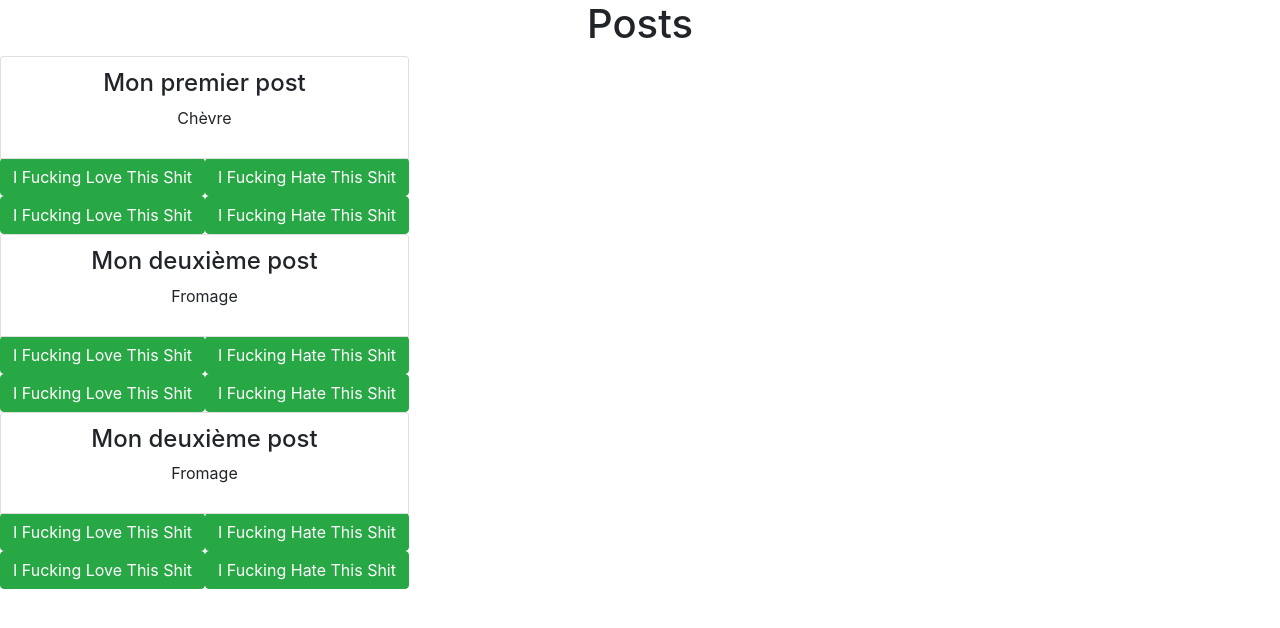
Repository: BillThePony/Ng-Blog-OC
Page: /
An editor plug-in stored every save of this project. The page is shown before and after a run of saves, followed by the edit.
The browser window is 1280 px wide. The pictures show the whole page.
The project was rebuilt for these pictures with package versions that can differ from the ones it lists, and the page was loaded fresh each time. Also part of the build but not shown: angular.json.

Above is the page before, as saved 2018-10-09 18:11:11.

After the next 2 saves:
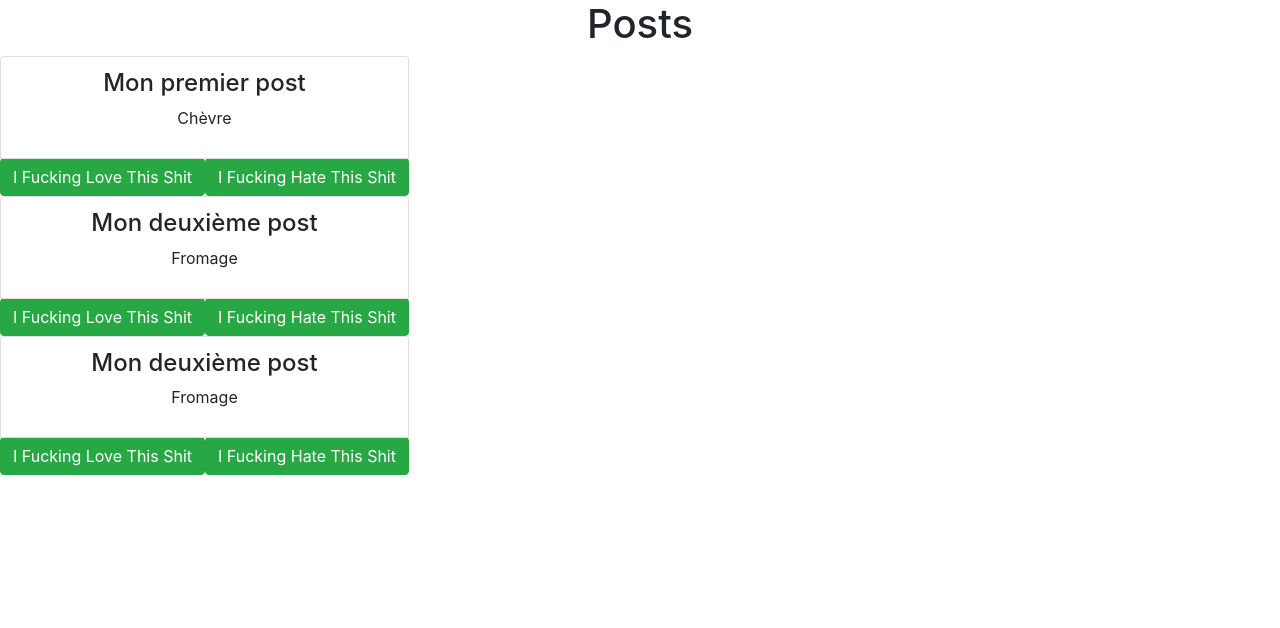
The 2 saves are shown as one change because they came seconds apart.
The last was saved 8 s later.
--- a/src/app/post-list-item/post-list-item.component.html
+++ b/src/app/post-list-item/post-list-item.component.html
@@ -17,8 +17,3 @@
         </div>
     </div>
 </div>
-
-
-
-<button class="btn btn-success" (click)=iLoveIt()>I Fucking Love This Shit</button>
-<button class="btn btn-success" (click)=iDontLoveIt()>I Fucking Hate This Shit</button>
